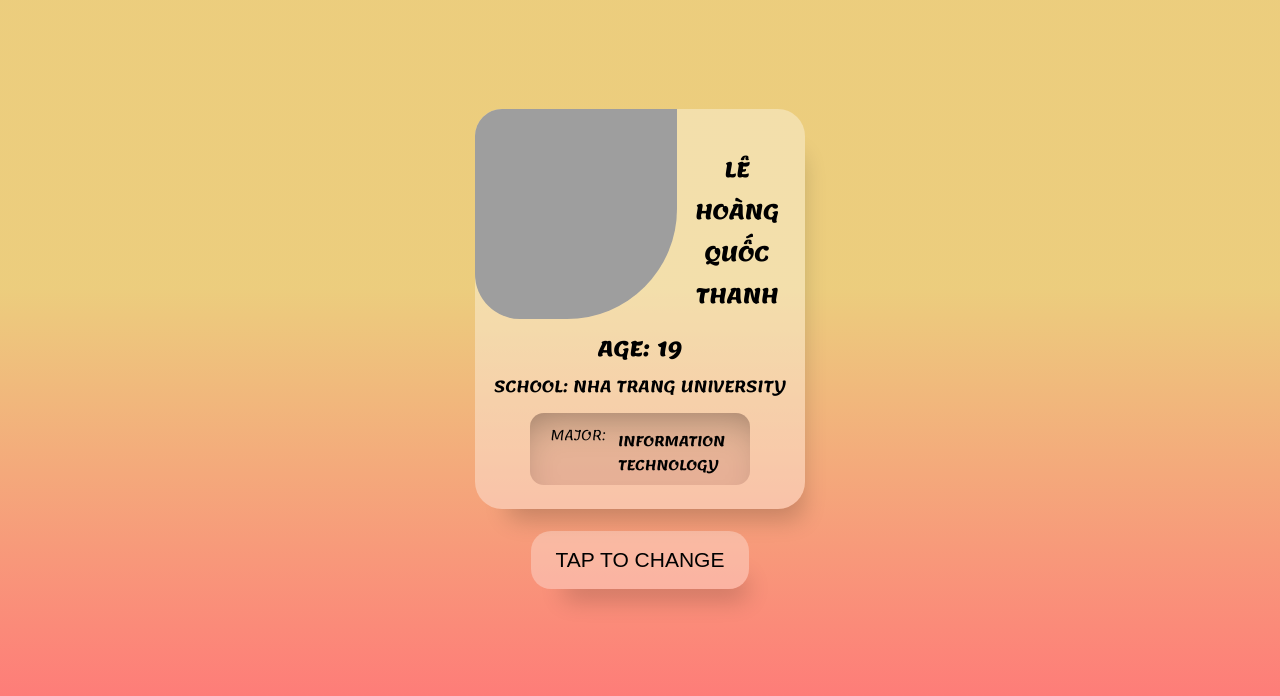
Repository: ThanhThn/profile
Page: index.html
An editor plug-in stored every save of this project. The page is shown before and after the next save, followed by the edit.
The browser window is 1280 px wide. The pictures show the whole page.
After loading, the first visible `#btn` was clicked once.
Pictures or frames that could not be fetched are drawn as grey boxes. Some web fonts or font styles are not loaded; a fallback is used.

Above is the page before, as saved 2022-12-05 21:18:41.
Console error: TypeError: Cannot read properties of null (reading 'style')

After the next save:
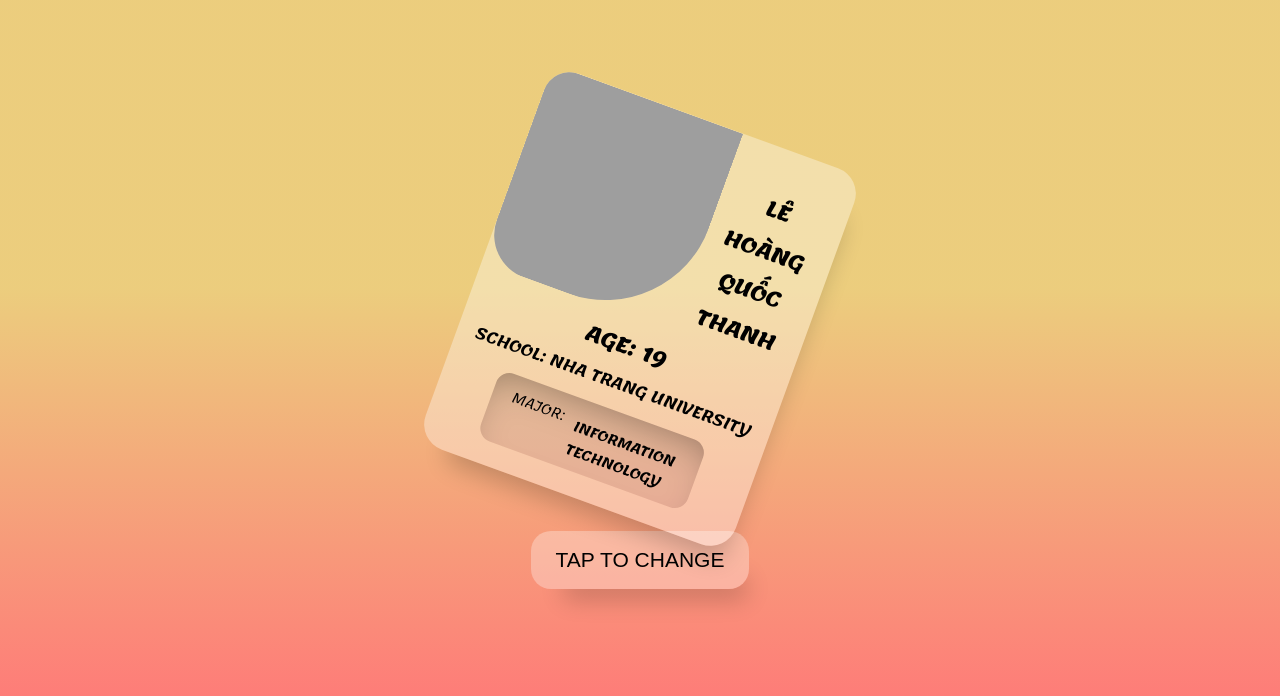
The error is gone.
Saved 16 s later.
--- a/index.html
+++ b/index.html
@@ -35,9 +35,9 @@
         const main = document.getElementsByClassName("content");
         console.log(main.length);
         btn.addEventListener("click", () => {
-            document.getElementById("context").style.msTransform = "rotate(20deg)";
+            document.getElementById("content").style.msTransform = "rotate(20deg)";
   // Standard syntax
-  document.getElementById("context").style.transform = "rotate(20deg)";
+  document.getElementById("content").style.transform = "rotate(20deg)";
         })
     </script>
 </body>
